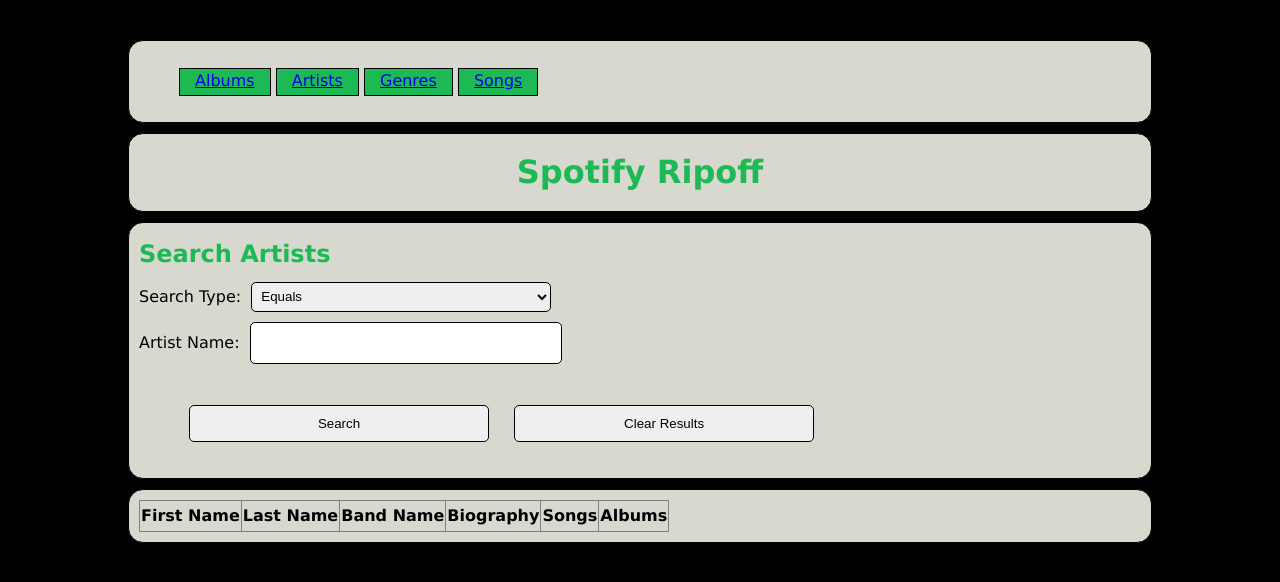
Repository: RRGTHWAR/bkg16_INFSCI1017
Page: bkg16_Music_FinalProject/WebContent/artist.html
The author's editor kept a copy of each file at every save. The page is drawn from the files as they stood at one save, then again after the next save.
The browser window is 1280 px wide. The pictures show the whole page.

Above is the page before, as saved 2019-04-14 13:45:06.

### bkg16_Music_FinalProject/WebContent/artist.html
<!DOCTYPE html>
<html>
<head>
<meta charset="UTF-8">
<title>Artists</title>
<link href="css/style.css" rel="stylesheet" type="text/css" />
<script src="js/jquery-3.3.1.min.js"></script>
</head>
<body>
	<div id="navBar">
		<ul>
			<li><a href="album.html" title="Albums">Albums</a></li>
			<li><a href="artist.html" title="Artists">Artists</a></li>
			<li><a href="genre.html" title="Genres">Genres</a></li>
			<li><a href="song.html" title="Songs">Songs</a></li>
		</ul>
	</div>
	<h1 id="mainHeader" >Spotify Ripoff</h1>
	<div id="artistSearch" class="searchBox" >
		<h2>Search Artists</h2>
		<div>
			Search Type:
			<select name="searchType" id="searchType" class="textField">
				<option value="equals">Equals</option>
				<option value="begins">Begins</option>
				<option value="ends">Ends</option>
				<option value="contains">Contains</option>
				<option value="">All</option>
			</select>
		</div>
		<div>
			Artist Name: <input type="text" id="artistName" name="artistName" value="" class="textField" />
		</div>
		<div id="btns" >
			<ul>
				<li><input type="button" id="btnSearch" name="btnSubmit" class="actButton" value="Search" /></li>
				<li><input type="button" id="btnClear" name ="btnClear" class="actButton" value="Clear Results" /></li>
			</ul>
		</div>
	</div>

	<div id="searchResults">
		<table border="1" id="tblSearchResults">
			<tr>
				<th>First Name</th>
				<th>Last Name</th>
				<th>Band Name</th>
				<th>Biography</th>
				<th>Songs</th>
				<th>Albums</th>
			</tr>
		</table>
	</div>

	</body>
	<script>
		$(document).ready(function (){
			if (window.location.href.indexOf("?songID=") > -1) {
				var addy = window.location.href;
				var songID = addy.substring(addy.indexOf("=") + 1);
				var url = "ArtistListWS?songID=" + songID;
				$.get(url, function(resp){
					parseArtistData(resp);
				})
			};
			$("#btnClear").click(function (){
				clearResultsTable();
			});
			$("#btnSearch").click(function (){
				search();
			});
			$("#artistName").keyup(function(){
				var keyPressed = $("#artistName").val();
				if(keyPressed.length > 2) {
					search();
				} else {
					clearResultsTable();
				}
			});
		});

		function search(optSearchType) {
			clearResultsTable();
			var artistName = $("#artistName").val();
			var searchType = $("#searchType").val();
			// console.log("Song: " + artistName);
			// console.log("SearchType: " + searchType);
			var url = "ArtistListWS?artistName=" + artistName + "&searchType=" + searchType;
			// console.log(url);
			$.get(url, function(resp){
				parseArtistData(resp);
			})
		}

		function parseArtistData(data){
			//$("#searchResults").text(JSON.stringify(data));
			var result = "";

			for(var i=0; i < data.length; i++) {
				var tr = $("<tr></tr>"); //Created empty html table row

				//First data cell
				var td = $("<td></td>"); //Created empty html table data
				td.html(data[i].first_name);
				tr.append(td);

				//Second data cell
				td = $("<td></td>"); //Note that we don't need to redeclare this
				td.html(data[i].last_name);
				tr.append(td);

				//Third data cell
				td = $("<td></td>"); //Note that we don't need to redeclare this
				td.html(data[i].band_name);
				tr.append(td);

				//Fourth data cell
				td = $("<td></td>"); //Note that we don't need to redeclare this
				td.html(data[i].bio);
				tr.append(td);

				//Fifth data cell
				td = $("<td class='songLink'></td>"); //Note that we don't need to redeclare this
				var link = "<a href='song.html?artistID=" + data[i].artist_id + "'>View Songs</a>";
				td.html(link);
				tr.append(td);

				//Sixth data cell
				td = $("<td class='albumLink'></td>"); //Note that we don't need to redeclare this
				var link = "<a href='album.html?artistID=" + data[i].artist_id + "'>View Albums</a>";
				td.html(link);
				tr.append(td);

				//Append row to table
				$("#tblSearchResults").append(tr);
				//result += 'Title: ' + data[i].title + '<br />';
			}

			//$("#searchResults").html(result);
		}

		//Source: https://stackoverflow.com/questions/2620181/clear-table-jquery
		function clearResultsTable() {
			$("#tblSearchResults td").parent().remove();
		}

		//Source: https://memorynotfound.com/detect-enter-keypress-javascript-jquery/
		$(document).keypress(function(e) {
			var keycode = (e.keyCode ? e.keyCode : e.which);
			if (keycode == '13') {
				$("#btnSearch").click();
			}
		});

	</script>
</html>

### bkg16_Music_FinalProject/WebContent/css/style.css
@charset "UTF-8";

html, body {
	background-color: black;
}

body {
	font-family: Verdana, Geneva, sans-serif;
	font-size: 100%;
	width: 80%;
	margin-right: auto;
	margin-left: auto;
	padding: 2.5% 2.5% 0;
	line-height: 1.8;
}

h1, h2, h3, h4, h5, h6, p {
	margin: 0;
	padding: 0;
}

h1, h2, h3, h4, h5, h6 {
	color: #1DB954;
}

p {
	margin-bottom: 1em;
}

#navBar {
	background-color: #D7D9CE;
	border: 1px solid #000;
	padding: 10px;
	border-radius: 15px;
}

#navBar ul li {
	background-color: #1DB954;
	margin-left: 0;
	margin-bottom: 10px;
	padding: 2px 15px 5px;
	border: 1px solid #000;
	list-style: none;
	display: inline;
}

#mainHeader {
	background-color: #D7D9CE;
	border: 1px solid #000;
	padding: 10px;
	margin-top: 10px;
	border-radius: 15px;
	text-align: center;
}

.searchBox {
	background-color: #D7D9CE;
	border: 1px solid #000;
	padding: 10px;
	margin-top: 10px;
	border-radius: 15px;
	margin-bottom: 10px;
}

.textField {
	border: 1px solid #000;
	border-radius: 5px;
	padding: 5px;
	margin: 5px;
	width: 300px;
	height: 30px;
}

#searchResults {
	background-color: #D7D9CE;
	border: 1px solid #000;
	padding: 10px;
	margin-top: 10px;
	border-radius: 15px;
	display: block;
	margin: 0 auto;
}

#btns ul li {
	padding: 10px;
	margin-top: 10px;
	border-radius: 15px;
	text-align: center;
	list-style: none;
	display: inline-block;
}

input[type=button] {
	border: 1px solid #000;
	padding: 10px;
	border-radius: 5px;
	display: inline-block;
	margin: 0 auto;
	width: 300px;
}

#tblSearchResults {
	border-collapse: collapse;
}

#tblSearchResults tr th td {
	border: 1px solid #000;
	padding: 5px;
	border-collapse: collapse;
	display: inline-block;
	margin: 0 auto;
	text-align: center;
}

Loaded but not shown: bkg16_Music_FinalProject/WebContent/js/jquery-3.3.1.min.js (library)

After the next save:
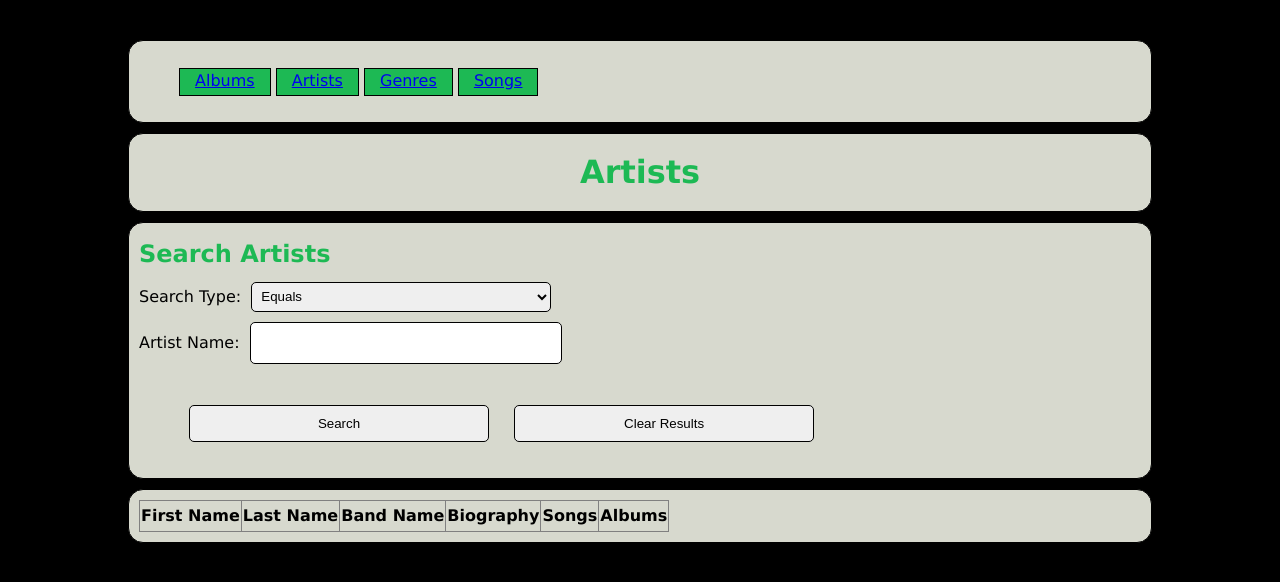
Saved 7 s later.
--- a/bkg16_Music_FinalProject/WebContent/artist.html
+++ b/bkg16_Music_FinalProject/WebContent/artist.html
@@ -15,7 +15,7 @@
 			<li><a href="song.html" title="Songs">Songs</a></li>
 		</ul>
 	</div>
-	<h1 id="mainHeader" >Spotify Ripoff</h1>
+	<h1 id="mainHeader" >Artists</h1>
 	<div id="artistSearch" class="searchBox" >
 		<h2>Search Artists</h2>
 		<div>
